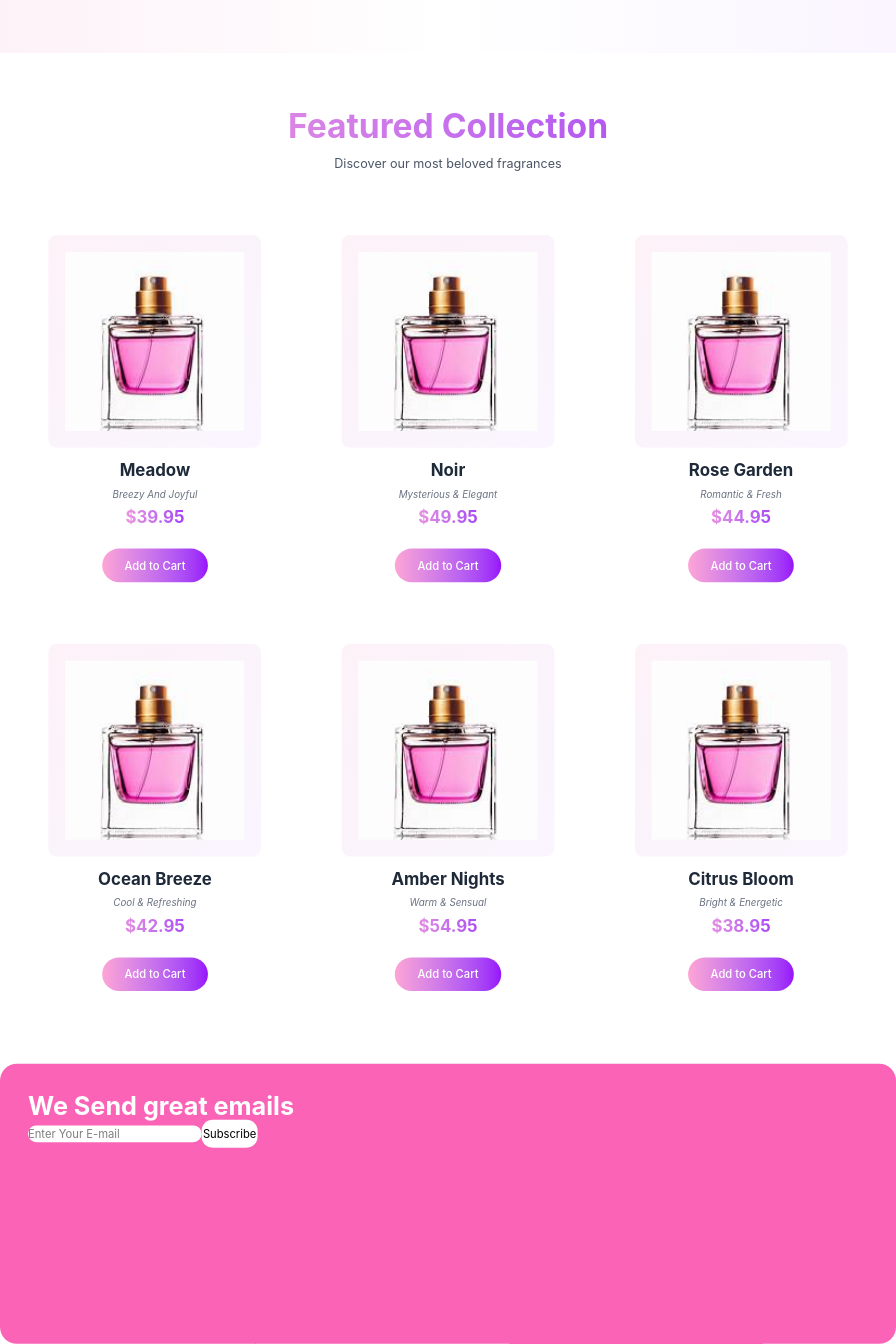
Repository: kiran2k5-ai/E-Commerce-Perfume
Page: /
These files come from the project's save history. The page is drawn as it stood at one moment and after a run of saves; the edit follows.
The browser window is 1280 px wide. The pictures show the part of the page from y = 904 to 2824 px (the page is 2824 px tall), at 70% of full size.
The project was rebuilt for these pictures with package versions that can differ from the ones it lists, and the page was loaded fresh each time. Also part of the build but not shown: vite.config.js.

Above is the page before, as saved 2026-02-04 12:39:01.

After the next 2 saves:
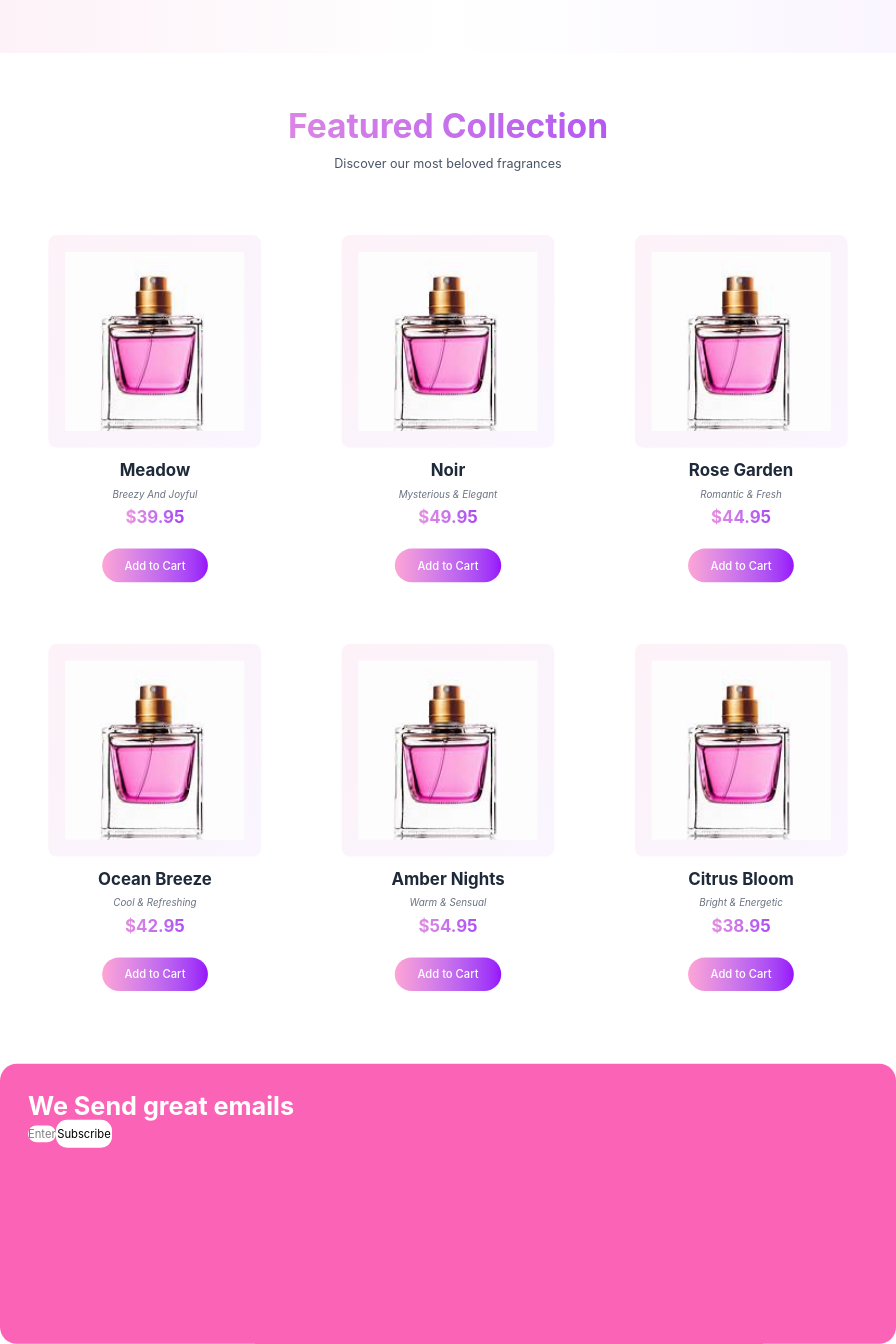
The 2 saves are shown as one change because they came seconds apart.
The last was saved 12 s later.
--- a/src/components/Footer.jsx
+++ b/src/components/Footer.jsx
@@ -6,7 +6,7 @@ const Footer = () => {
       <div className='h-100 w-350 bg-pink-400 rounded-3xl'>
         <div className='mt-10 ml-10 '>
             <h2 className='font-bold text-4xl  text-white'>We Send great emails</h2>
-            <input type="text" className='bg-white rounded-2xl ' placeholder='Enter Your E-mail'/>
+            <input type="text" className='bg-white rounded-2xl w-10' placeholder='Enter Your E-mail'/>
             <button className='bg-white w-20 h-10 rounded-2xl text-black'>Subscribe</button>
         </div>
       </div>
